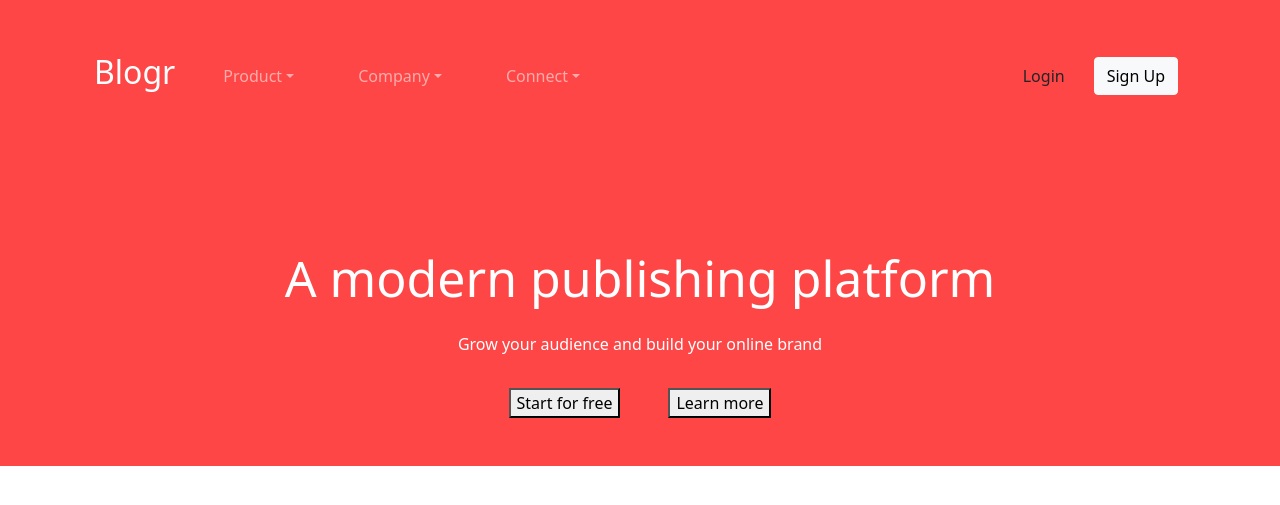
Repository: badhon252/blogr-landing-page
Page: /
The author's editor kept a copy of each file at every save. The page is drawn from the files as they stood at one save, then again after the next save.
The browser window is 1280 px wide. The pictures show the whole page.
The project was rebuilt for these pictures with package versions that can differ from the ones it lists, and the page was loaded fresh each time.

Above is the page before, as saved 2022-01-17 23:39:07.

### public/index.html
<!DOCTYPE html>
<html lang="en">

<head>
  <meta charset="utf-8" />
  <link rel="icon" href="%PUBLIC_URL%/favicon.ico" />
  <meta name="viewport" content="width=device-width, initial-scale=1" />
  <meta name="theme-color" content="#000000" />
  <meta name="description" content="Web site created using create-react-app" />
  <link rel="apple-touch-icon" href="%PUBLIC_URL%/logo192.png" />

  <link rel="manifest" href="%PUBLIC_URL%/manifest.json" />
  <!-- Bootstrap css  -->
  <link href="https://cdn.jsdelivr.net/npm/bootstrap@5.1.3/dist/css/bootstrap.min.css" rel="stylesheet"
    integrity="sha384-1BmE4kWBq78iYhFldvKuhfTAU6auU8tT94WrHftjDbrCEXSU1oBoqyl2QvZ6jIW3" crossorigin="anonymous">


  <title>Blogr</title>
</head>

<body>
  <noscript>You need to enable JavaScript to run this app.</noscript>
  <div id="root"></div>

  <!-- Bootstrap js  -->
  <script src="https://cdn.jsdelivr.net/npm/bootstrap@5.1.3/dist/js/bootstrap.bundle.min.js"
    integrity="sha384-ka7Sk0Gln4gmtz2MlQnikT1wXgYsOg+OMhuP+IlRH9sENBO0LRn5q+8nbTov4+1p"
    crossorigin="anonymous"></script>

</body>

</html>

### src/App.js
import Maincomp from "./components/MainComp";

function App() {
  return (
    <div className="App">
      <Maincomp />
    </div>
  );
}

export default App;

### src/components/MainComp.js
import React from "react";
import Header from "./Header/Header";

const Maincomp = () => {
  return (
    <div>
      <Header />
    </div>
  );
};

export default Maincomp;

### src/components/Header/Header.js
import React from "react";
import Nav from "./Nav";
import "../styles/index.css";
import HeaderContent from "./HeaderContent";

export default function Header() {
  return (
    <div className="header">
      <div className="container">
        <Nav />
        <HeaderContent />
      </div>
    </div>
  );
}

### src/components/Header/Nav.js
import React from "react";
import "../styles/index.css";
const Nav = () => {
  return (
    <div>
      <nav className="navbar navbar-expand-lg navbar-dark py-5">
        <div className="container-fluid">
          <a className="navbar-brand" href="/">
            <h2>Blogr</h2>
          </a>
          <button
            className="navbar-toggler"
            type="button"
            data-bs-toggle="collapse"
            data-bs-target="#navbarSupportedContent"
            aria-controls="navbarSupportedContent"
            aria-expanded="false"
            aria-label="Toggle navigation"
          >
            <span className="navbar-toggler-icon"></span>
          </button>
          <div className="collapse navbar-collapse" id="navbarSupportedContent">
            <ul className="navbar-nav mb-2 mb-lg-0">
              <li className="nav-item dropdown px-4">
                <a
                  className="nav-link dropdown-toggle"
                  href="/"
                  id="navbarDropdown"
                  role="button"
                  data-bs-toggle="dropdown"
                  aria-expanded="false"
                >
                  Product
                </a>
                <ul className="dropdown-menu" aria-labelledby="navbarDropdown">
                  <li>
                    <a className="dropdown-item" href="/">
                      Action
                    </a>
                  </li>
                  <li>
                    <a className="dropdown-item" href="/">
                      Another action
                    </a>
                  </li>
                  <li>
                    <hr className="dropdown-divider" />
                  </li>
                  <li>
                    <a className="dropdown-item" href="/">
                      Something else here
                    </a>
                  </li>
                </ul>
              </li>{" "}
              <li className="nav-item dropdown px-4">
                <a
                  className="nav-link dropdown-toggle"
                  href="/"
                  id="navbarDropdown"
                  role="button"
                  data-bs-toggle="dropdown"
                  aria-expanded="false"
                >
                  Company
                </a>
                <ul className="dropdown-menu" aria-labelledby="navbarDropdown">
                  <li>
                    <a className="dropdown-item" href="/">
                      Action
                    </a>
                  </li>
                  <li>
                    <a className="dropdown-item" href="/">
                      Another action
                    </a>
                  </li>
                  <li>
                    <hr className="dropdown-divider" />
                  </li>
                  <li>
                    <a className="dropdown-item" href="/">
                      Something else here
                    </a>
                  </li>
                </ul>
              </li>{" "}
              <li className="nav-item dropdown px-4">
                <a
                  className="nav-link dropdown-toggle"
                  href="/"
                  id="navbarDropdown"
                  role="button"
                  data-bs-toggle="dropdown"
                  aria-expanded="false"
                >
                  Connect
                </a>
                <ul className="dropdown-menu" aria-labelledby="navbarDropdown">
                  <li>
                    <a className="dropdown-item" href="/">
                      Action
                    </a>
                  </li>
                  <li>
                    <a className="dropdown-item" href="/">
                      Another action
                    </a>
                  </li>
                  <li>
                    <hr className="dropdown-divider" />
                  </li>
                  <li>
                    <a className="dropdown-item" href="/">
                      Something else here
                    </a>
                  </li>
                </ul>
              </li>
            </ul>
            {/* login & sign-up */}
            <ul className="navbar-nav ms-auto">
              <li className="nav-login">
                <a className="nav-link" href="/">
                  <button type="button" class="btn">
                    Login
                  </button>
                </a>
              </li>{" "}
              <li className="nav-signup">
                <a className="nav-link" href="/">
                  <button type="button" class="btn btn-light">
                    Sign Up
                  </button>
                </a>
              </li>
            </ul>
          </div>
        </div>
      </nav>
    </div>
  );
};

export default Nav;

### src/components/styles/index.css
.header {
  background-color: rgb(255, 70, 70);
  color: rgb(255, 255, 255);
  /* clip-path: circle(73.8% at 63% 38%); */
}
/* .header-nav {
  color: #fff;

} */
/* .singup,
.login {
  color: aliceblue;
} */

.header-param {
  text-align: center;
}
.header-param h1 {
  font-size: 50px;
}
.header-param p {
  font-size: 1rem;
}

### src/components/Header/HeaderContent.js
import React from "react";

export default function HeaderContent() {
  return (
    <div>
      <div className="py-5 header-param">
        <h1 className="pt-5">A modern publishing platform</h1>
        <p className="header-p py-3 ">
          Grow your audience and build your online brand
        </p>
        <button type="button" class="h-btn me-5">
          Start for free
        </button>
        <button type="button" class="h-btn">
          Learn more
        </button>
      </div>
    </div>
  );
}

Loaded but not shown: src/index.js (common file); src/reportWebVitals.js (common file)

After the next save:
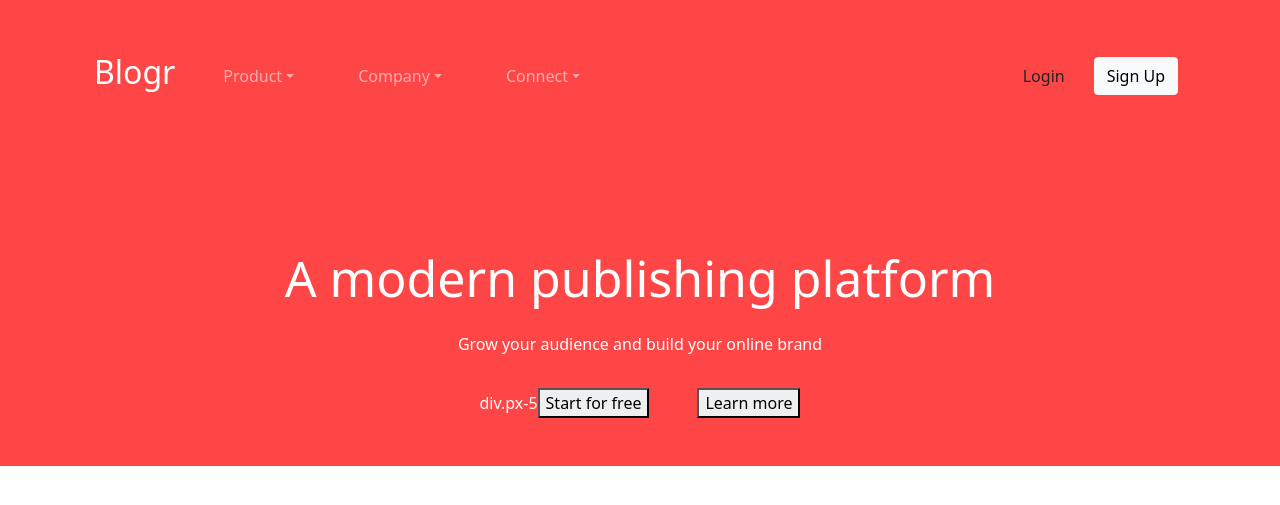
Saved 16 s later.
--- a/src/components/Header/HeaderContent.js
+++ b/src/components/Header/HeaderContent.js
@@ -8,6 +8,7 @@
         <p className="header-p py-3 ">
           Grow your audience and build your online brand
         </p>
+        div.px-5
         <button type="button" class="h-btn me-5">
           Start for free
         </button>

After the save that followed:
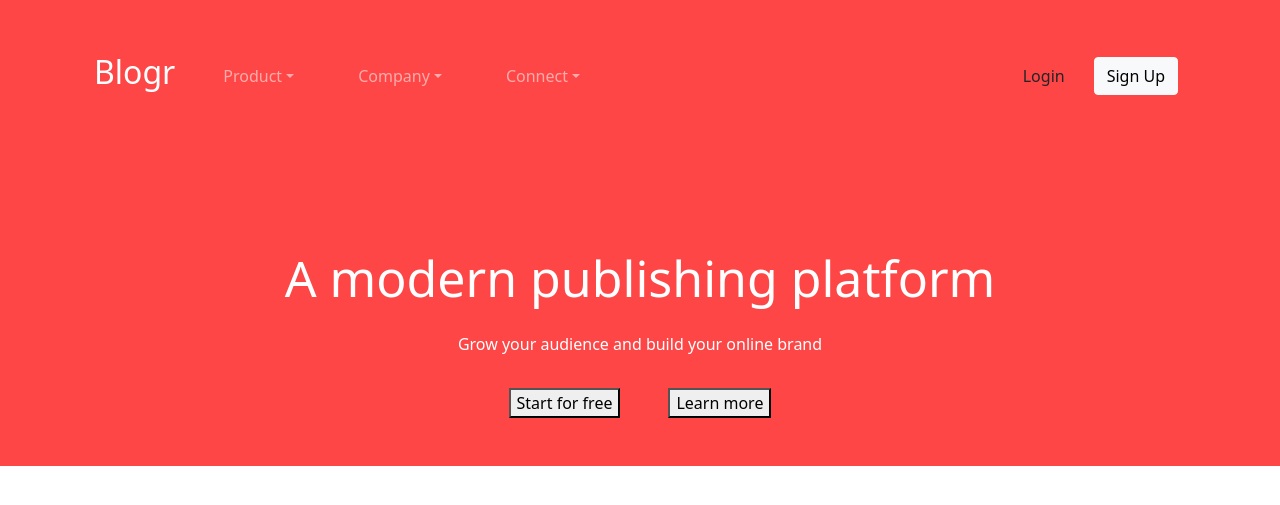
Saved 9 s later.
--- a/src/components/Header/HeaderContent.js
+++ b/src/components/Header/HeaderContent.js
@@ -8,13 +8,14 @@
         <p className="header-p py-3 ">
           Grow your audience and build your online brand
         </p>
-        div.px-5
-        <button type="button" class="h-btn me-5">
-          Start for free
-        </button>
-        <button type="button" class="h-btn">
-          Learn more
-        </button>
+        <div className="px-5">
+          <button type="button" class="h-btn me-5">
+            Start for free
+          </button>
+          <button type="button" class="h-btn">
+            Learn more
+          </button>
+        </div>
       </div>
     </div>
   );
